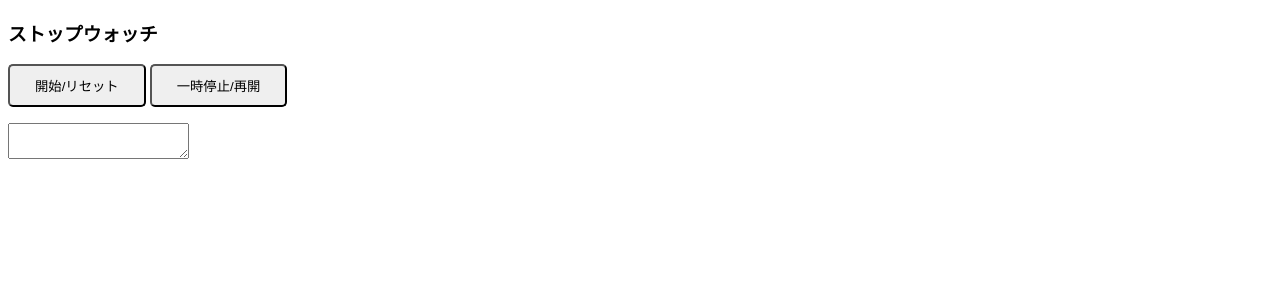
Repository: syokaturyou/potepan
Page: stop.html
The author's editor kept a record of every edit. The page is drawn from the files as they stood at one moment, then again after the next edit.
The browser window is 1280 px wide. The pictures show the whole page.

Above is the page before.
Console error: TypeError: Cannot read properties of null (reading 'addEventListener')

After the next edit:
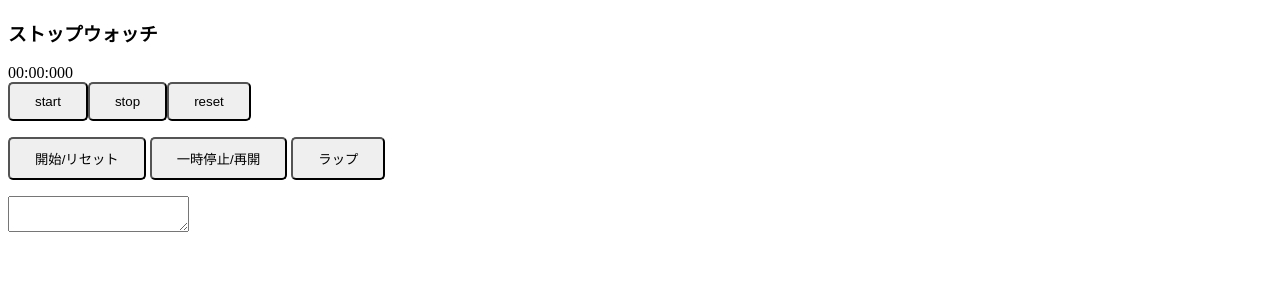
The edit:
--- a/stop.html
+++ b/stop.html
@@ -20,9 +20,16 @@
           <!--  <th><button class="buttonb">ストップ</button></th>-->
           <!--  <th><button class="buttonc">リセット</button></th>-->
           <!--</tr>-->
+
+          <div id="timer">00:00:000</div>
+          <button id="start">start</button>
+          <button id="stop">stop</button>
+          <button id="reset">reset</button>
+
+
           <p><button id="start">開始/リセット</button>
              <button id="pause">一時停止/再開</button>
-             <!--<button id="wrap">ラップ</button>-->
+             <button id="wrap">ラップ</button>
           </p>
           <p id="watchArea"></p>
           <textarea id="wrapArea"></textarea>
